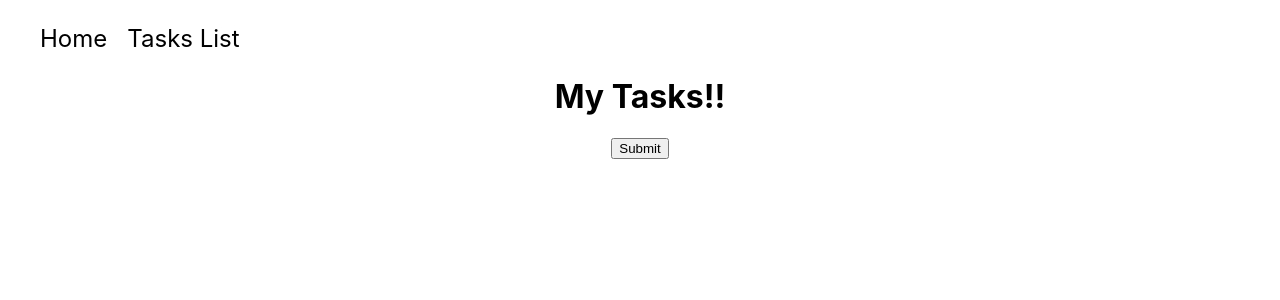
Repository: runner855/abstract_todolist
Page: /
The author's editor kept a copy of each file at every save. The page is drawn from the files as they stood at one save, then again after the next save.
The browser window is 1280 px wide. The pictures show the whole page.
The project was rebuilt for these pictures with package versions that can differ from the ones it lists, and the page was loaded fresh each time.

Above is the page before, as saved 2022-11-08 15:26:24.

### src/App.tsx
import React from "react";
import { Header } from "./Header";
import "./App.css";

export const App = () => {
  return (
    <div className="App">
      <Header />
      <h1>My Tasks!!</h1>
      <input type="submit" placeholder="Add A New Task"></input>
    </div>
  );
};

### src/Header.tsx
import * as React from "react";
import "./Header.css";

export const Header = () => {
  return (
    <div className="home">
      <ul>
        <li>Home</li>
        <li>Tasks List</li>
      </ul>
    </div>
  );
};

### src/Header.css
ul{
   text-align: left;
   list-style: none;
   font-size: 1.5em;
   display: flex;

}
ul li {
    margin-right: 20px;
}

Loaded but not shown: public/index.html (common file); src/index.tsx (common file); src/index.css (common file); src/App.css (common file)

After the next save:
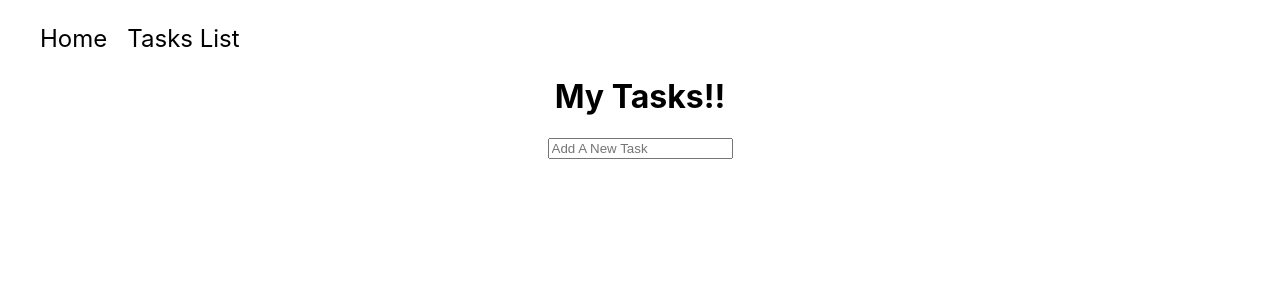
Saved 25 s later.
--- a/src/App.tsx
+++ b/src/App.tsx
@@ -7,7 +7,7 @@ export const App = () => {
     <div className="App">
       <Header />
       <h1>My Tasks!!</h1>
-      <input type="submit" placeholder="Add A New Task"></input>
+      <input type="text" placeholder="Add A New Task"></input>
     </div>
   );
 };
